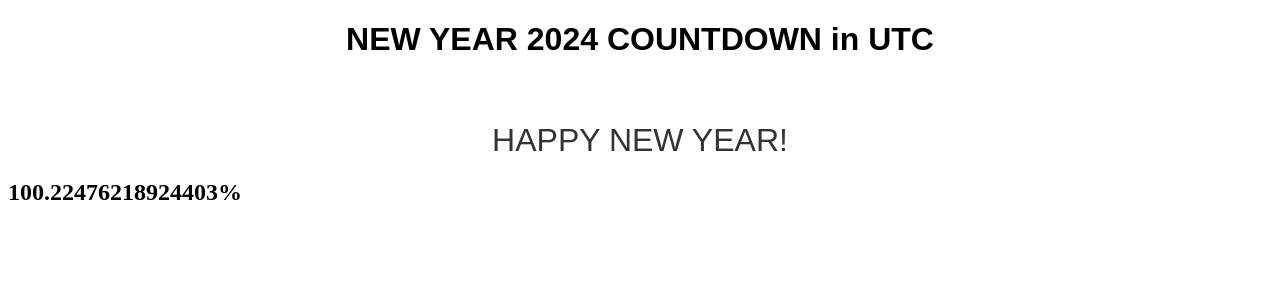
Repository: end888160/end888160.github.io
Page: countdown.html
An editor plug-in stored every save of this project. The page is shown before and after the next save, followed by the edit.
The browser window is 1280 px wide. The pictures show the whole page.

Above is the page before, as saved 2024-09-21 21:43:13.
Console error: TypeError: countdown is not a function

After the next save:
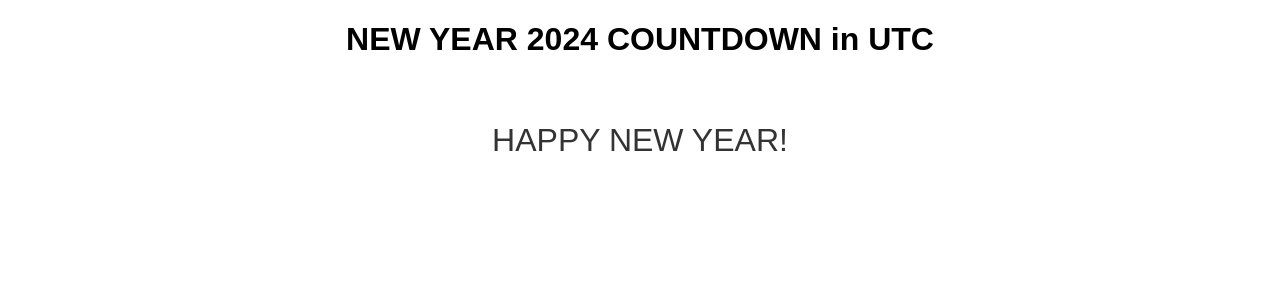
Saved 115 s later.
--- a/countdown.html
+++ b/countdown.html
@@ -34,7 +34,7 @@
 		padding-left: 20px;
 		padding-right: 20px;
 	}
-	h1 {
+	h1,h2 {
 		text-align: center;
 		font-family: Arial, Helvetica, sans-serif;
 		font-size: xx-large;
@@ -44,12 +44,18 @@
 			background-color: white;
 			color: black;
 		}
+		h2 {
+			color:white;
+		}
 	}
 	@media (prefers-color-scheme: dark) {
 		.countdown-item {
 			color: #bbb
 		}
-			html {
+		h2 {
+			color:black;
+		}
+		html {
 			background-color: black;
 			color: white;
 		}
@@ -127,7 +133,7 @@ var x = setInterval(function countdown() {
 	document.getElementById("minutes").innerHTML = minute;
 	document.getElementById("seconds").innerHTML = second;
 	document.getElementById("mseconds").innerHTML = msecond;
-	document.getElementById("test").innerHTML = (now - past) / ( countDownDate - past) * 100 + "%";
+	document.getElementById("test").innerHTML = ((now - past) / ( countDownDate - past) * 100).toFixed(8) + "%";
 	if ( currentTimeZone === "undefined" ) {
 		document.getElementById("header").innerHTML = "NEW YEAR " + countDownTarget + " COUNTDOWN"
 	} else {
